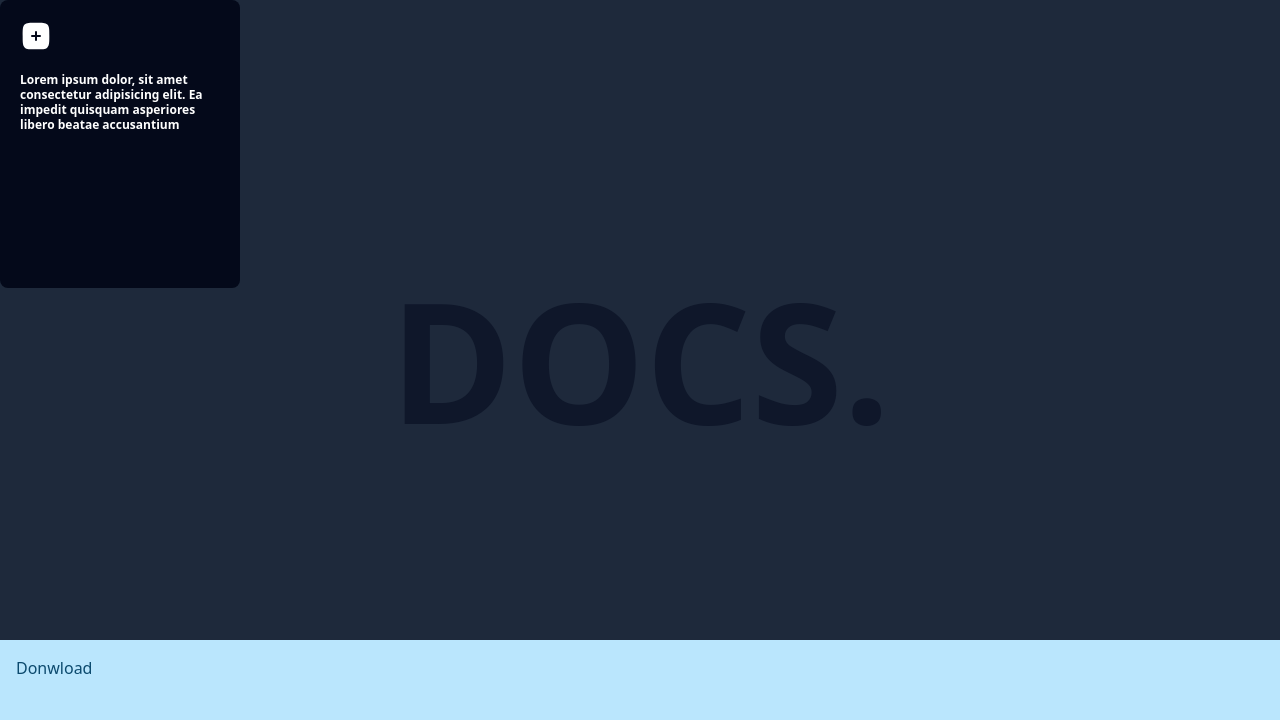
Repository: aliakbarmotallebi/framer-react
Page: /
The author's editor kept a copy of each file at every save. The page is drawn from the files as they stood at one save, then again after the next save.
The browser window is 1280 px wide. The pictures show the whole page.
The project was rebuilt for these pictures with package versions that can differ from the ones it lists, and the page was loaded fresh each time.

Above is the page before, as saved 2024-08-14 18:38:19.

After the next save:
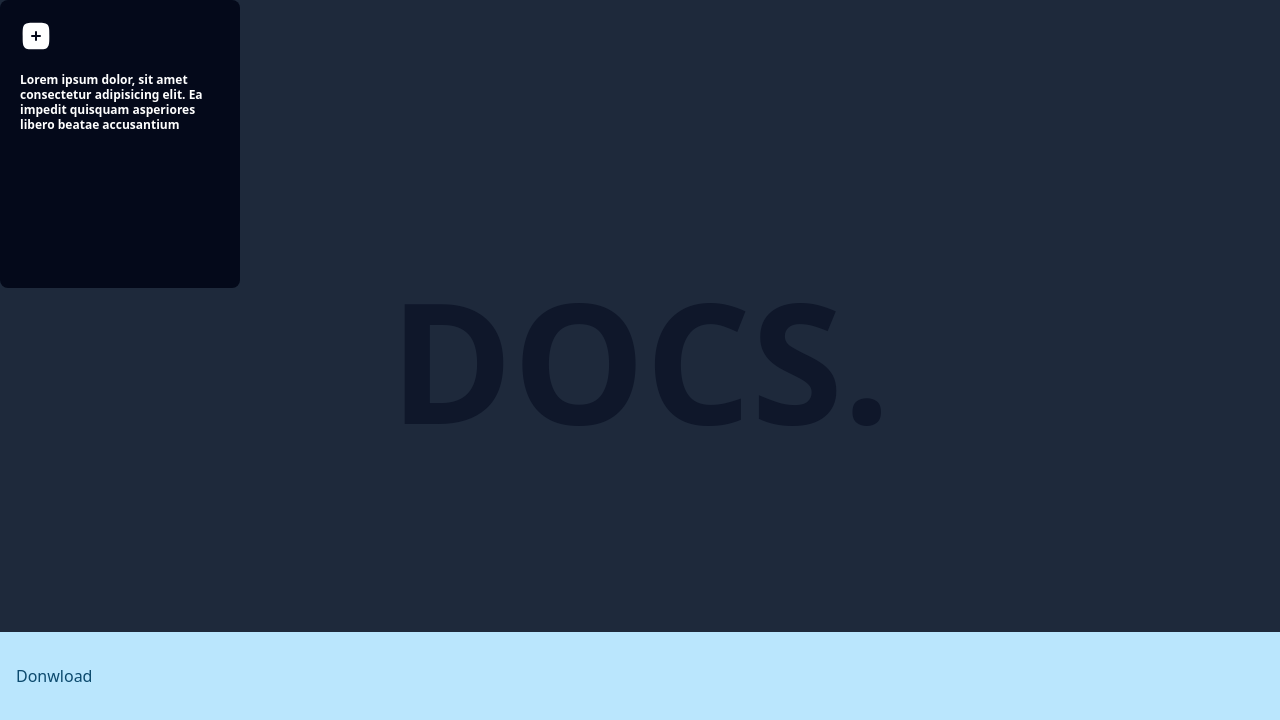
Saved 54 s later.
--- a/src/components/Card.jsx
+++ b/src/components/Card.jsx
@@ -8,7 +8,7 @@ class Card extends Component {
                 <p className="text-xs leading-tight mt-5 font-semibold">
                     Lorem ipsum dolor, sit amet consectetur adipisicing elit. Ea impedit quisquam asperiores libero beatae accusantium
                 </p>
-                <div className="footer absolute bottom-0 bg-sky-200 w-full h-20 left-0">
+                <div className="footer absolute bottom-0 bg-sky-200 w-full py-4 left-0">
                     <button className="text-sky-900 p-4">
                         Donwload
                     </button>
